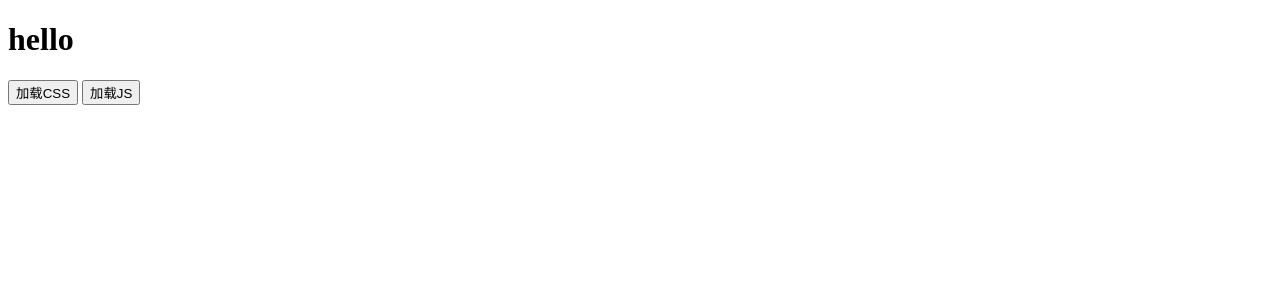
Repository: chenguocan/AJAX_1
Page: public/index.html
An editor plug-in stored every save of this project. The page is shown before and after the next save, followed by the edit.
The browser window is 1280 px wide. The pictures show the whole page.

Above is the page before, as saved 2020-08-13 15:24:25.

After the next save:
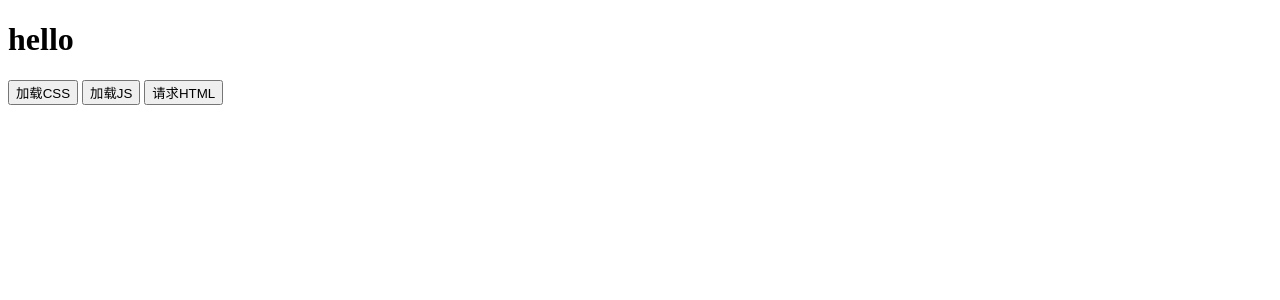
Saved 3 min 15 s later.
--- a/public/index.html
+++ b/public/index.html
@@ -12,6 +12,7 @@
     <h1> hello</h1>
     <button class="getCSS">加载CSS</button>
     <button class="getJS">加载JS</button>
+    <button class="getHTML">请求HTML</button>
     <script src="main.js"></script>
 </body>
 
